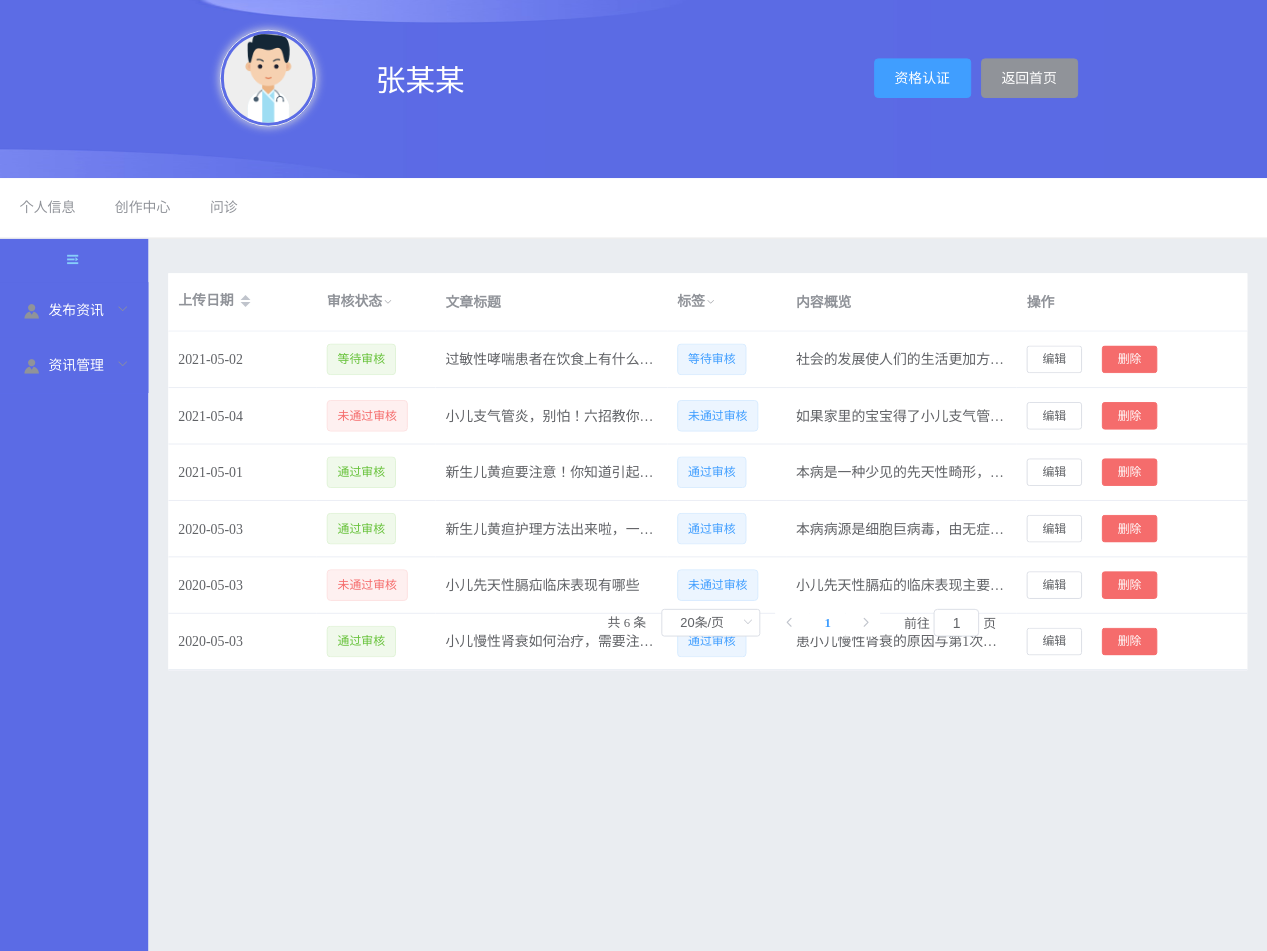
Repository: DiscreteL/SOA_Front
Page: /#/manageArticle
These files come from the project's save history. The page is drawn as it stood at one moment and after the next save; the edit follows.
The browser window is 1280 px wide. The pictures show the whole page, at 99% of full size.
The project was rebuilt for these pictures with package versions that can differ from the ones it lists, and the page was loaded fresh each time. Also part of the build but not shown: vue.config.js, src/components/navigation.vue, src/components/dialog.vue, src/views/news.vue, src/components/announcement.vue, src/components/patientKnow.vue, src/views/Home.vue, src/views/login.vue and 15 more.

Above is the page before, as saved 2021-11-29 16:17:10.

### src/main.js
import Vue from 'vue'
import App from './App.vue'
import router from './router'
import store from './store'
import ElementUI from 'element-ui';
import 'element-ui/lib/theme-chalk/index.css';
import instance_ from "@/utils/api";

Vue.use(ElementUI);

Vue.config.productionTip = false

Vue.prototype.instance = instance_

new Vue({
  router,
  store,
  render: h => h(App)
}).$mount('#app')

router.beforeEach((to, from, next) => {
  /* 路由发生变化修改页面title */
  if (to.meta.title) {
      document.title = to.meta.title
  }
  next()
})

### src/App.vue
<template>
  <div id="app">
    <router-view/>
  </div>
</template>

<style lang="less" scoped>
</style>

<script>
export default {
  name: 'app'
}
</script>

### src/utils/api.js
//输出通用axios实例
import axios from 'axios';
axios.defaults.withCredentials = false

const instance = axios.create({
  timeout: 10000,
   headers: {
    'Content-Type': "multipart/form-data;charset=utf-8",
  }
});

export default {
  //GqvbYer04485869e6b5acbed4ed10dfd79468f6d84577b1

   diseaseList (data) {
     return instance.get("https://api.apishop.net/common/disease/queryDiseaseList?apiKey=GqvbYer04485869e6b5acbed4ed10dfd79468f6d84577b1&page=1&pageSize=50", data);
   },
   diseaseInfo(data){
    return instance.get("https://api.apishop.net/common/disease/queryDiseaseInfo?apiKey=GqvbYer04485869e6b5acbed4ed10dfd79468f6d84577b1&diseaseID="+data);
   }


//   allUser () {
//     return instance.post('/api/user');
//   },
//   allProduct () {
//    return instance.post('/api/product')
//   },
//   upload (data) {
//     return instance.post('/api/upload',data)
//   },
//   regist (data){
//   	return instance.post('/api/createOrUpdateUser',data)
//   }
};

### src/views/doctor/messageCenter.vue
<template>
  <div class="home_container">
    <UserHomeNav2></UserHomeNav2>
    <!--页面主体区-->
    <el-container>
      <!--侧边栏-->
      <el-aside :width="isCollapse ? '64px' : '150px'">
        <div class="toggle-button" @click="toggleCollapse">
          <div v-if="this.isCollapse == true">
            <i class="el-icon-s-fold"></i>
          </div>
          <div v-else>
            <i class="el-icon-s-unfold"></i>
          </div>
        </div>
        <el-menu
          background-color="#5b6be5"
          text-color="#fff"
          active-text-color="#409EFF"
          :collapse="isCollapse"
          :collapse-transition="false"
          :router="true"
          :default-active="activePath"
        >
          <!-- :unique-opened="true"->只允许展开一个菜单 -->
          <!-- :collapse-transition="false" -> 关闭动画 -->
          <!-- router -> 导航开启路由模式 -->
          <el-submenu index="1">
          <!-- 一级菜单模板 -->
          <template slot="title">
            <i class="el-icon-s-custom"></i>
            <span>发布资讯</span>
          </template>
            <el-menu-item index="/uploadArticle" @click="saveNavState('/uploadArticle')">
              <i class="el-icon-date" style="color: #dcdcdc"></i>
              <span slot="title">发布文章</span>
            </el-menu-item>
            <el-menu-item index="/uploadVideo" @click="saveNavState('/uploadVideo')">
              <i class="el-icon-date" style="color: #dcdcdc"></i>
            <span slot="title">上传视频</span>
            </el-menu-item>
          </el-submenu>
          <el-submenu index="2">
          <!-- 一级菜单模板 -->
          <template slot="title">
            <i class="el-icon-s-custom"></i>
            <span>资讯管理</span>
          </template>
            <el-menu-item index="/manageArticle" @click="saveNavState('/manageArticle')">
              <i class="el-icon-date" style="color: #dcdcdc"></i>
              <span slot="title">文章管理</span>
            </el-menu-item>
            <el-menu-item index="/manageVideo" @click="saveNavState('/manageVideo')">
              <i class="el-icon-date" style="color: #dcdcdc"></i>
            <span slot="title">视频管理</span>
            </el-menu-item>
          </el-submenu>
        </el-menu>
      </el-aside>
      <!--右侧主体区-->
      <el-main>
        <router-view></router-view>
      </el-main>
    </el-container>
  </div>
</template>

<script>
import UserHomeNav2 from "@/components/userhomenav2.vue";

export default {
  name: "messageCenter",
  components: {
    UserHomeNav2,
  },
  data() {
    return {
      // 默认不折叠
      isCollapse: false,
      // 被激活导航地址
      activePath: "",
    };
  },
  created() {
    this.activePath = window.sessionStorage.getItem("activePath");
  },
  methods: {
    toggleCollapse() {
      this.isCollapse = !this.isCollapse;
    },
    saveNavState(activePath) {
      window.sessionStorage.setItem("activePath", activePath);
      this.activePath = activePath;
    },
  },
};
</script>

<style lang="less" scoped>
html,
body {
  width: 100%;
  height: 100%;
  margin: 0px;
  padding: 0px;
}
.home_container{
    height: 100vh;
}
.el-container{
    height: 100%;
}
.el-aside {
  background-color: #5b6be5;
  .el-menu {
    border-right: none;
  }
}
.el-main {
  background-color: #eaedf1;
}
.toggle-button {
  background-color: #5b6be5;
  font-size: 15px;
  line-height: 24px;
  color: #87cefa;
  text-align: center;
  letter-spacing: 0.2em;
  cursor: pointer;
  padding: 10px;
}
.logo_box {
  height: 60px;
  width: 60px;
  border: 5px #53868b;
  border-radius: 50%; /* 圆角 */
  position: relative;
  margin: 30px;
}
.port_box img {
  width: 100%;
  height: 100%;
  border-radius: 50%; /* 圆角 */
  background-color: #53868b;
}
</style>

### src/views/doctor/message/manageArticle.vue
<template>
  <div class="articleForm">
    <div class="form" style="margin-top: 15px">
      <el-table
        ref="filterTable"
        :data="
          tableData.slice((currentPage - 1) * pageSize, currentPage * pageSize)
        "
        style="width: 100%"
      >
        <el-table-column
          prop="date"
          label="上传日期"
          sortable
          width="150"
          column-key="date"
        >
        </el-table-column>
        <el-table-column
          prop="status"
          label="审核状态"
          width="120"
          :filters="[
            { text: '等待审核', value: '等待审核' },
            { text: '通过审核', value: '通过审核' },
            { text: '未通过审核', value: '未通过审核' },
          ]"
          :filter-method="filterStatus"
          filter-placement="bottom-end"
        >
          <template slot-scope="scope">
            <el-tag
              :type="scope.row.status === '未通过审核' ? 'danger' : 'success'"
              disable-transitions
            >
              {{ scope.row.status }}
            </el-tag>
          </template>
        </el-table-column>
        <el-table-column
          prop="title"
          label="文章标题"
          :show-overflow-tooltip="true"
        >
        </el-table-column>
        <el-table-column
          prop="label"
          label="标签"
          width="120"
          :filters="[
            { text: '疾病科普', value: '疾病科普' },
            { text: '生活常识', value: '生活常识' },
            { text: '养生妙招', value: '养生妙招' },
            { text: '其他', value: '其他' }
          ]"
          :filter-method="filterLabel"
          filter-placement="bottom-end"
        >
          <template slot-scope="scope">
            <el-tag
              :type="primary"
              disable-transitions
            >
              {{ scope.row.status }}
            </el-tag>
          </template>
        </el-table-column>
        <el-table-column
          prop="content"
          label="内容概览"
          :show-overflow-tooltip="true"
        >
        </el-table-column>
        <el-table-column label="操作">
          <el-button size="mini" @click="dialogTableVisible = true"
            >编辑</el-button
          >
          <el-dialog title="编辑文章内容" :visible.sync="dialogTableVisible">
            <el-form ref="formArticle" :model="formArticle" label-width="80px">
              <el-form-item label="文章标题" required>
                <el-input v-model="formArticle.title"></el-input>
              </el-form-item>
              <el-form-item label="文章内容" required>
                <el-input
                  type="textarea"
                  :rows="10"
                  v-model="formArticle.content"
                ></el-input>
              </el-form-item>
              <el-form-item>
                <el-button type="primary" @click="onSubmit">提交编辑</el-button>
                <el-button type="primary" @click="clear">清空</el-button>
              </el-form-item>
            </el-form>
          </el-dialog>
          <el-button
            size="mini"
            type="danger"
            style="margin-left: 20px"
            @click="del"
            >删除</el-button
          >
        </el-table-column>
      </el-table>
    </div>
    <div class="block">
      <el-pagination
        align="center"
        @size-change="handleSizeChange"
        @current-change="handleCurrentChange"
        :current-page="currentPage"
        :page-sizes="[1, 5, 10, 20]"
        :page-size="pageSize"
        layout="total, sizes, prev, pager, next, jumper"
        :total="tableData.length"
      >
      </el-pagination>
    </div>
  </div>
</template>

<script>
export default {
  data() {
    return {
      tableData: [
        {
          date: "2021-05-02",
          status: "等待审核",
          title: "过敏性哮喘患者在饮食上有什么禁忌？",
          label: "生活常识",
          content:
            "社会的发展使人们的生活更加方便快捷，推动了人民中国质量的提高。但是另一方面也给人类带来了一些危害，社会快速发展的背后就是工业的发展，工业发展必然会带来一些环境污染，环境未来竟然又会影响到人类，所以如何实现人地协调发展是一个非常重要的问题。如果不能实现人地协调发展，就会给人类带来很大的危害。就比如说现在各种疾病的患病率越来越高，和工业污染有一定的关联。今天就给大家介绍一下，过敏性哮喘患者在饮食上有什么样的禁忌。",
        },
        {
          date: "2021-05-04",
          status: "未通过审核",
          title: "小儿支气管炎，别怕！六招教你如何护理！",
          label: "生活常识",
          content:
            "如果家里的宝宝得了小儿支气管炎，牵动着各位爸爸妈心，家长朋友往往比患儿还要着急，看着孩子难受，内心也是备受煎熬，那各位宝爸宝妈们，你们知道如何护理吗？知道如何给宝宝做膳食吗？我们一起来学学吧。",
        },
        {
          date: "2021-05-01",
          status: "通过审核",
          title: "新生儿黄疸要注意！你知道引起黄疸的真正原因吗？",
          label: "疾病科普",
          content:
            "本病是一种少见的先天性畸形，黄疸乃因胚胎发育异常造成的胆道闭锁或狭窄，胆汁不能排泄或排泄不畅所致。黄疸的特点是出生不久即发生，呈进行性加重，全身皮肤深桔黄色，尿布被尿液染黄后用清水常冲洗不掉。此病预后恶劣，应早期手术",
        },
        {
          date: "2020-05-03",
          status: "通过审核",
          title: "新生儿黄疸护理方法出来啦，一起来学学吧",
          label: "其他",
          content:
            "本病病源是细胞巨病毒，由无症状的带病毒孕妇通过胎盘感染胎儿。新生儿在出生一个月内出现黄疸、精神不振、咳嗽、肝脾肿大、消化不良和生长停滞等，应考虑是本病。",
        },
        {
          date: "2020-05-03",
          status: "未通过审核",
          title: "小儿先天性膈疝临床表现有哪些",
          label: "疾病科普",
          content: "小儿先天性膈疝的临床表现主要以呼吸道症状为主，新生儿、婴幼儿和儿童的临床表现各异。",
        },
        {
          date: "2020-05-03",
          status: "通过审核",
          title: "小儿慢性肾衰如何治疗，需要注意什么",
          label: "疾病科普",
          content:
            "患小儿慢性肾衰的原因与第1次检出肾衰时的患儿年龄密切相关。5岁以下的慢性肾衰常是解剖异常的结果，如肾发育不全、肾发育异常、尿路梗阻以及其他先天畸形；5岁以后的慢性肾衰则以后天性肾小球疾病如小球肾炎、溶血性尿毒综合征或遗传性病变，如Alport综合征、肾囊性病变为主。",
        },
      ],
      dialogTableVisible: false,
      dialogFormVisible: false,
      currentPage: 1, // 当前页码
      total: 20, // 总条数
      pageSize: 20, // 每页的数据条数
      form: {
        reason: "",
        region: 0,
        delivery: false,
      },
      formLabelWidth: "120px",
      formArticle: {
        title: "",
        content: ""
      },
    };
  },
  methods: {
    filterHandler(value, row, column) {
      const property = column["property"];
      return row[property] === value;
    },
    filterStatus(value, row) {
      return row.status === value;
    },
    filterLabel(value, row) {
      return row.label === value;
    },
    //每页条数改变时触发 选择一页显示多少行
    handleSizeChange(val) {
      console.log(`每页 ${val} 条`);
      this.currentPage = 1;
      this.pageSize = val;
    },
    //当前页改变时触发 跳转其他页
    handleCurrentChange(val) {
      console.log(`当前页: ${val}`);
      this.currentPage = val;
    },
    del() {
      this.$confirm("此操作将永久删除该文章, 是否继续?", "提示", {
        confirmButtonText: "确定",
        cancelButtonText: "取消",
        type: "warning",
      })
        .then(() => {
          this.$message({
            type: "success",
            message: "删除成功!",
          });
        })
        .catch(() => {
          this.$message({
            type: "info",
            message: "已取消删除",
          });
        });
    },
    onSubmit() {
      console.log("submit!");
    },
    clear() {
      this.$refs.form.resetFields();
    },
  },
};
</script>

<style scoped>
.articleForm {
  width: 100%;
  display: flex;
  flex-direction: column;
}
.form {
  float: left;
  width: 100%;
}
.el-table .warning-row {
  background: oldlace;
}

.el-table .success-row {
  background: #f0f9eb;
}
.block {
  float: left;
  width: 100%;
  position: fixed;
  bottom: 75px;
}
</style>

### src/components/userhomenav2.vue
<template>
  <div class="container">
    <div class="head">
      <div class="background">
        <img src="@/assets/back.jpg" alt="" width="100%" height="100%" />
      </div>
      <div class="headmain">
        <div class="left">
          <!-- 头像部分 -->
          <div class="port_box">
            <img src="../assets/docPort.png" />
          </div>

          <!-- 个人信息部分 -->
          <div
            class="Info"
            style="color: white; font-size: 30px; font-family: 宋体"
          >
            {{ userName }}<br />
          </div>
        </div>
        <div>
            <el-button type="primary" @click="certify">资格认证</el-button>
          <el-button type="info" @click="returnhome">返回首页</el-button>
        </div>
      </div>
    </div>
    <div class="navBar">
      <el-menu
        :default-active="this.$route.path"
        class="el-menu-demo"
        router
        mode="horizontal"
        active-text-color="#409EFF"
      >
        <el-menu-item v-for="(item, i) in navList" :key="i" :index="item.name">
          {{ item.navItem }}
        </el-menu-item>
      </el-menu>
    </div>
    <div></div>
  </div>
</template>

<script>
export default {
  name: "UserHomeNav2",
  data() {
    return {
      //   userID: window.sessionStorage.getItem("id"),
      userName: "张某某",
      navList: [
        { name: "/userHome2", navItem: "个人信息" },
        { name: "/messageCenter", navItem: "创作中心" },
        { name: "/consult", navItem: "问诊" },
        // { name: "/help", navItem: "帮助中心" },
      ],
    };
  },
  methods: {
    returnhome(){
      this.$router.push("/home");
    },
    certify(){

    }
  },
};
</script>

<style scoped>
.head {
  height: 180px;
  width: 100%;
}
.background {
  width: 100%;
  height: 180px;
  z-index: -1;
  position: absolute;
}
.headmain {
  display: flex;
  justify-content: space-around;
  align-items: center;

}
.left {
  display: flex;
  align-items: center;
}
.port_box {
  height: 90px;
  width: 90px;
  border: 1px solid #eee;
  border-radius: 50%; /* 圆角 */
  padding: 3px; /*图片和边框之间的间距 */
  box-shadow: 0 0 10px #ddd; /*阴影 */
  position: relative;
  margin: 30px;
}
.port_box img {
  width: 100%;
  height: 100%;
  border-radius: 50%; /* 圆角 */
  background-color: #eee;
}

.Info {
  text-align: left;
  font: 15px "Microsoft YaHei";
  margin: 30px;
  position: relative;
}
</style>

### src/axios/url.js
import patient from './modules/patient';
import alluser from './modules/alluser';
import doctor from './modules/doctor';
import admin from './modules/admin';
export default {
    patient,
    alluser,
    doctor,
    admin,
};

### src/axios/request.js
import axios from './axios';
export default {
  // get请求
  get(url, param) {
    return new Promise((resolve, reject) => {
      axios({
        method: 'get',
        url,
        params: param
      })
        .then((res = {}) => {
          if (res.code !== '200') reject(res);
          resolve(res);
        })
        .catch(_ => {
          reject(_)});
    });
  },
  // post请求
  post(url, param) {
    return new Promise((resolve, reject) => {
      axios({
        method: 'post',
        url,
        data: param,
      })
        .then((res = {}) => {
          if (res.code !== '200') reject(res);
          resolve(res);
        })
        .catch(_ => reject(_));
    });
  },
};

### src/axios/modules/patient.js
export default {
    getDocListData:'/Patient/GetDoctorList',
    getDrugData:'/Patient/GetDrugInforList',
    getHosData:'/Patient/GetHospitalList',
    getNoticeData:'/Patient/GetNoticeList',
    getDiseaseData:'/Patient/GetDiseaseList',
    patientLogin:'/Patient/Login',
    doctorLogin:'/Doctor/Login',
    patientRegister:'/Patient/Register',
    doctorRegister:'/Doctor/Register',
    postReservationData:'/Patient/PostReservation',
    sendAcidForm:'/Patient/PostAppOfNuc',
    sendOffineReservation:'/Patient/PostOfflineApp',
    getCart:'/Patient/GetCart',
    clearCart:'/Patient/EmptyCart',
    addCart:'/Patient/AddDrug',
    getDocInfoData:'/Patient/GetDoctor',
    getDrugsIncludedListData:'/Patient/GetIncludeList',
    postRateData:'/Patient/PostRating',
    getPreData:'/Patient/GetPre',
    getDiseaseListData:'/Patient/GetDiseaseList',//存在重复
    getDepartmentListData:'/Patient/GetDepartmentList',//存在重复
    getPatientInfo:'/Patient/GetPatiInfor',
    postAutoAddData:'/Patient/AutoAddDrug',
    getDrugListData:'/Patient/GetDrugInforList',//存在重复
    getLocalImg:'/Patient/GetImg',
    getNAT:'/Patient/GetAppsOfNuc',
    postNoticeData:'/Admin/PostNotice',
    deleteNotice:'/Admin/DeleteNotice',
    getPaiIno:'/Patient/GetPatient',
    getOfflineApp:'/Patient/GetOfflineAppList',
    getReservations:'/Patient/GetReservations',
    getPatiBMI:'/Patient/GetPatiInfor',
    getHospital:'/Patient/GetHospital',
    getPreData:'/Patient/GetPre',
    postPaiIno:'/Patient/ModInfor',
    postUpdateReservation:'Patient/UpdateReservation',
    postRectifyOfflineApp:'/Patient/RectifyOfflineApp',
    postRectifyNucleicApp:'/Patient/RectifyNucleicApp',
    updateReservationData:'/Patient/UpdateReservation',
    getDoctorData:'/Doctor/GetDoctor',
    getRecordsData:'/Doctor/GetReservationLists',
    getCompletedRecordsData:'/Doctor/GetRecords'
  };

### src/axios/modules/alluser.js
export default{
    sendChatMes:'/Base/PostChat',
    getChatMes:'/Base/GetChat'
};

### src/axios/modules/doctor.js
export default {
    getPatientInfoData:'/Doctor/GetPatient',
    postPreData:'/Doctor/PostPre',
    postMedicineIncludedData:'/Doctor/PostInclude',
    postReportData:'/Doctor/PostReport',
    getDocIno:'/Doctor/GetDoctor',
};

### src/axios/modules/admin.js
export default {
    getReportListData:'/Admin/GetReportForms',
    getNoticeListData:'/Admin/GetNoticeList',
    postNoticeData:'/Admin/PostNotice'
}

### src/axios/axios.js
import axios from 'axios';
import router from '../router';
import Vue from 'vue';
import qs from 'qs';
//import store from '../store/index';

//import Storage from '../utils/storages';


// 错误状态码处理提示
class MessageTip extends Vue {
  static messageTipInstance = null;
  messageTip = null;

  static instance() {
    if (!this.messageTipInstance) {
      this.messageTipInstance = new MessageTip();
    }
    this.messageTipInstance;
  }

  // 提示信息
  msgInfo(msg) {
    this.messageTip && this.messageTip.close();
    this.messageTip = this.$message({
      showClose: true,
      message: msg,
      type: 'error',
      center: true
    });
  }

  // 错误信息
  errorInfo(errorCode) {
    this.messageTip && this.messageTip.close();
    let msg = '';
    switch (errorCode) {
      case '400':
        msg = '请求错误';
        break;
      case '401':
        msg = '登录会话过期，请重新登录';
        break;
      case '403':
        msg = '拒绝访问';
        break;
      case '404':
        msg = '请求地址出错';
        break;
      case '408':
        msg = '请求超时';
        break;
      case '500':
        msg = '服务器内部错误';
        break;
      case '501':
        msg = '服务器未实现';
        break;
      case '502':
        msg = '网络错误';
        break;
      case '503':
        msg = '服务不可用';
        break;
      case '504':
        msg = '网关超时';
        break;
      case '505':
        msg = 'HTTP版本不受支持';
        break;
    }
    this.messageTip = this.$message({
      showClose: true,
      message: msg,
      type: 'error',
      center: true
    });
  }
}

const messageTip = new MessageTip();

axios.defaults.headers.post['Content-Type'] = 'application/json';

axios.defaults.withCredentials = true;
axios.defaults.baseURL = '/api';
axios.defaults.timeout = 5000;
// 请求拦截器
axios.interceptors.request.use(
  config => {
    if(config.method === 'post') {
      config.data = qs.stringify(config.data)
      config.url += '?' + config.data
    }
    else {
      config.params = qs.stringify(config.params)
      config.url += '?' + config.params
    }
    //config.headers.token = localStorage.getItem('$token_info');
    return config;
  },
  error => {
    return Promise.reject(error);
  }
);

// 响应拦截器
axios.interceptors.response.use(
  response => {
    response.data = {
      result:response.data,
      code:`${response.status}`
    }
    if (response && response.data && response.data.code !== '200') {
      response.data.msg && messageTip.msgInfo(response.data.msg);
      console.log(response)
      return Promise.reject(response.data);
    }
    return response.data;
  },
  error => {
    console.log(error)
    console.log(error.response)
    if (
      error &&
      error.response &&
      error.response.status &&
      messageTip.errorInfo(error.response.status)
    ) {
      return Promise.reject(error);
    }
  }
);
export default axios;

Loaded but not shown: public/index.html (common file); src/store/index.js (common file); src/router/index.js (234 lines, source omitted); src/service/userService.js (198 lines, source omitted)

After the next save:
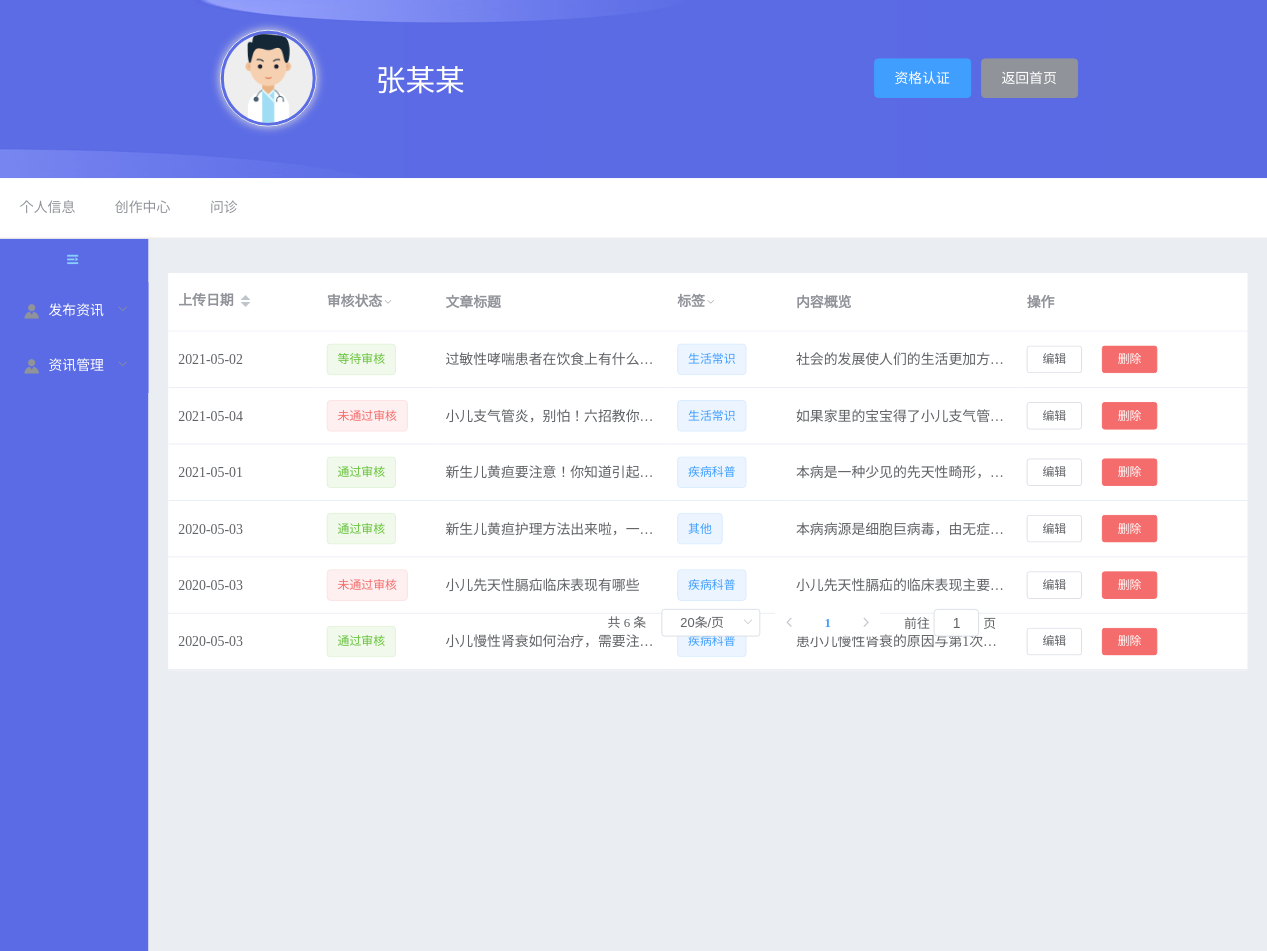
Saved 29 s later.
--- a/src/views/doctor/message/manageArticle.vue
+++ b/src/views/doctor/message/manageArticle.vue
@@ -61,7 +61,7 @@
               :type="primary"
               disable-transitions
             >
-              {{ scope.row.status }}
+              {{ scope.row.label }}
             </el-tag>
           </template>
         </el-table-column>
